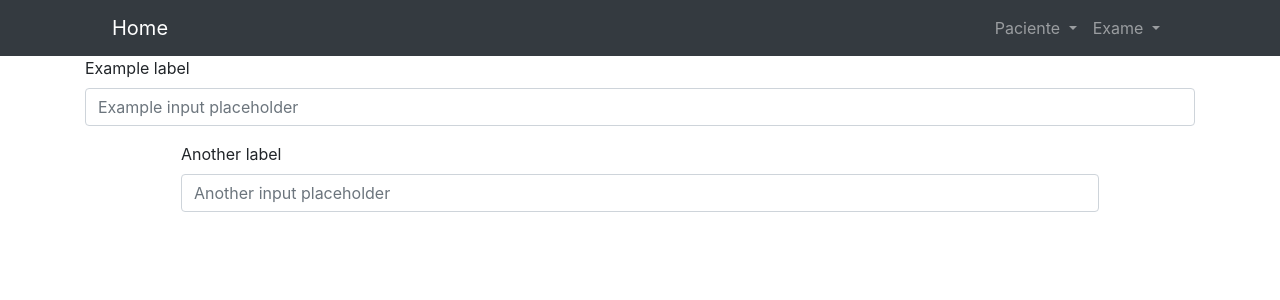
Repository: noobDevPRB/struts2_project
Page: http://localhost/Projeto_SOCTest/
The author's editor kept a copy of each file at every save. The page is drawn from the files as they stood at one save, then again after the next save.
The browser window is 1280 px wide. The pictures show the whole page.
The page is served by Tomcat 9. Nobody is signed in. The application's start-up code is not run.

Above is the page before, as saved 2020-10-17 16:13:56.

After the next save:
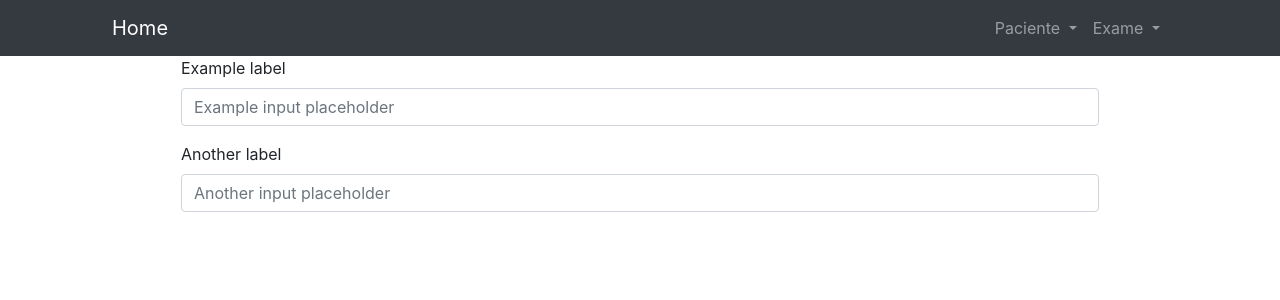
Saved 19 s later.
--- a/Projeto_SOCTest/WebContent/index.jsp
+++ b/Projeto_SOCTest/WebContent/index.jsp
@@ -45,7 +45,7 @@
 	  <div class="row">
 	    <div class="col-sm">
 	     	<form>
-			  <div class="form-group">
+			  <div class="form-group px-5 mx-5">
 			    <label for="formGroupExampleInput">Example label</label>
 			    <input type="text" class="form-control" id="formGroupExampleInput" placeholder="Example input placeholder">
 			  </div>
